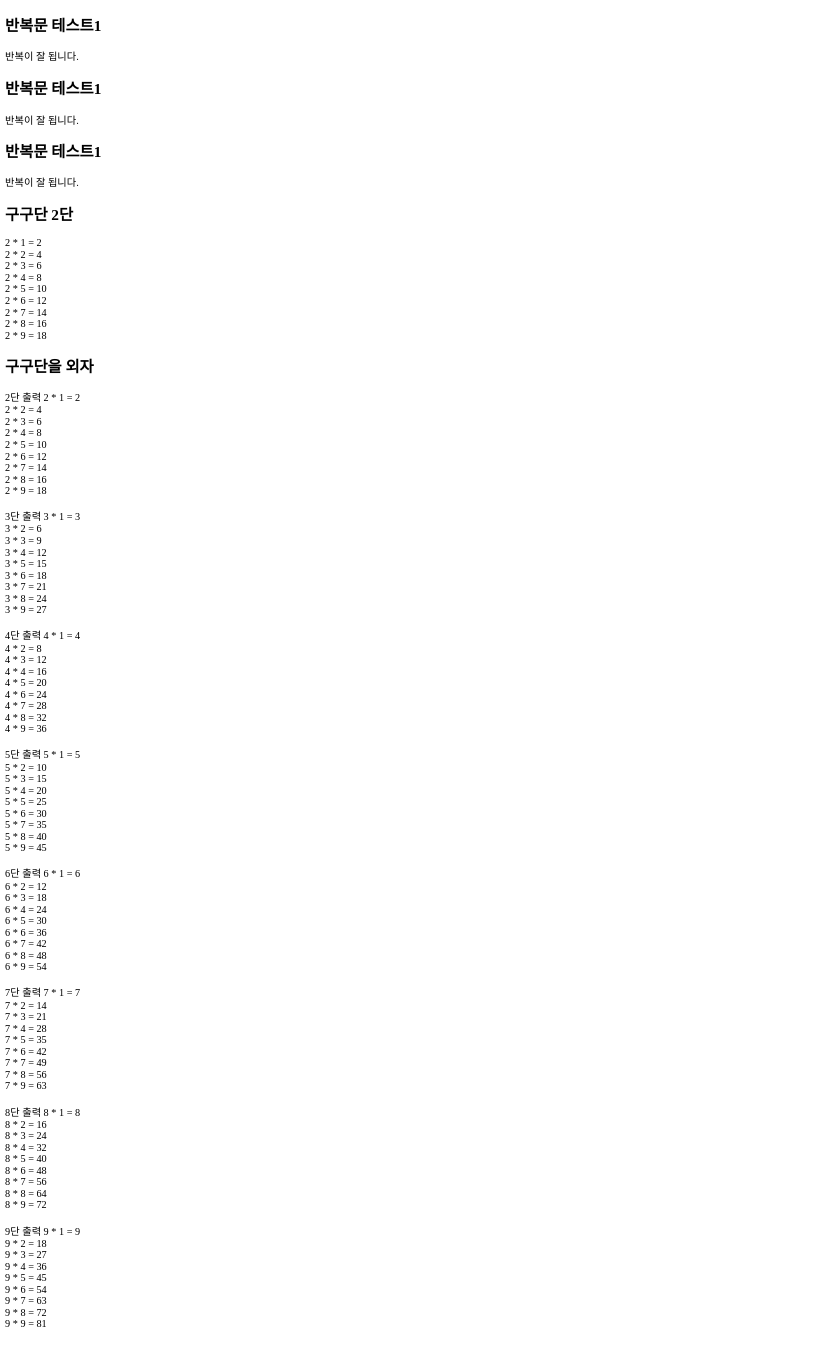
Repository: markahn02050/jsp_practice
Page: http://localhost/JSPBasic/JspTag/NewFile.jsp
An editor plug-in stored every save of this project. The page is shown before and after the next save, followed by the edit.
The browser window is 1280 px wide. The pictures show the whole page, at 64% of full size.
The page is served by Tomcat 9.

Above is the page before, as saved 2022-01-28 02:47:55.

After the next save:
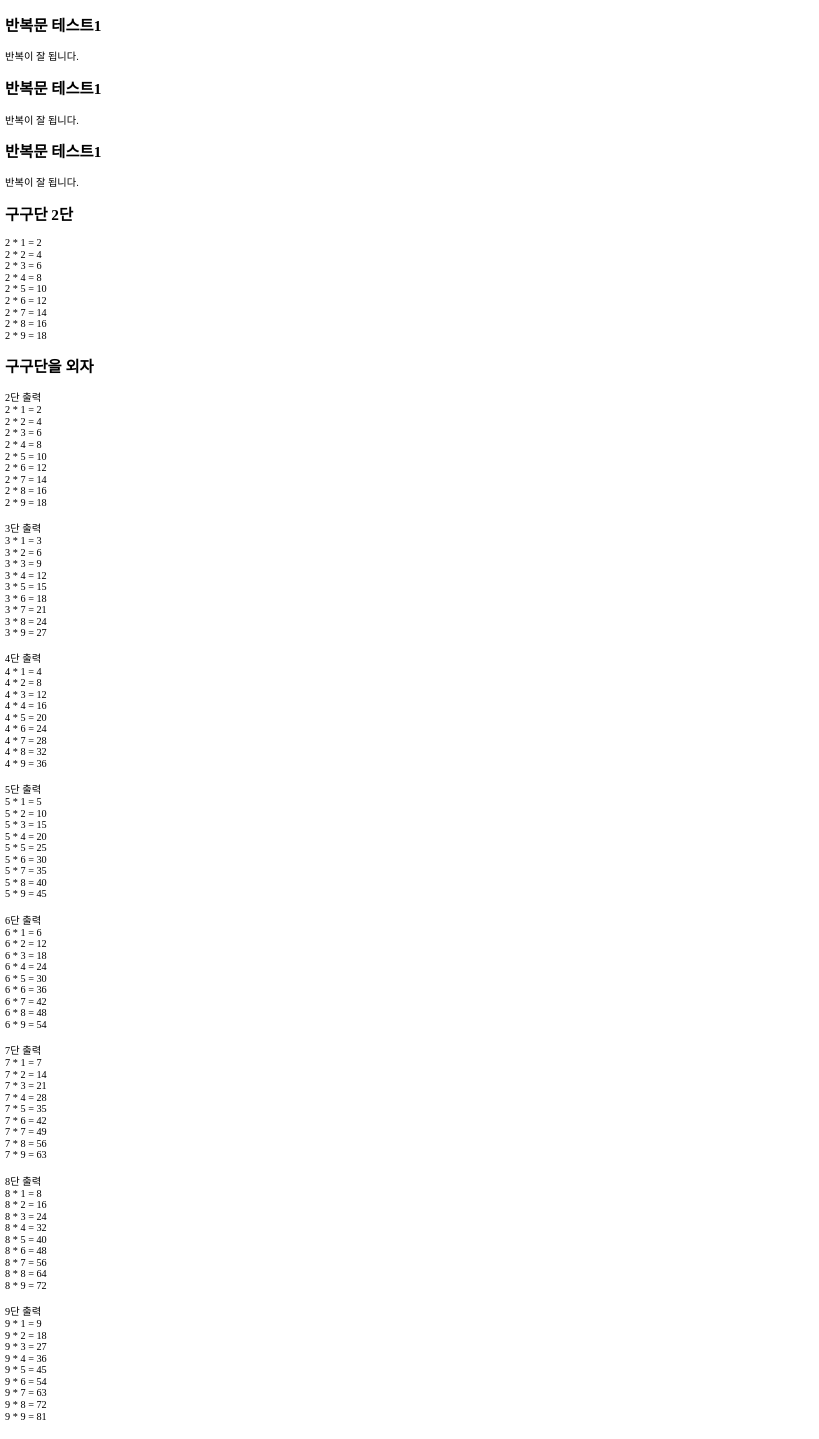
Saved 51 s later.
--- a/JSPBasic/src/main/webapp/JspTag/NewFile.jsp
+++ b/JSPBasic/src/main/webapp/JspTag/NewFile.jsp
@@ -29,7 +29,7 @@
 	<h2>구구단을 외자</h2>
 	<% for(int i = 2; i <= 9; i++){
 
-		out.println(i + "단 출력");
+		out.println(i + "단 출력<br/>");
 
 		for(int j = 1; j <= 9; j++){
 
